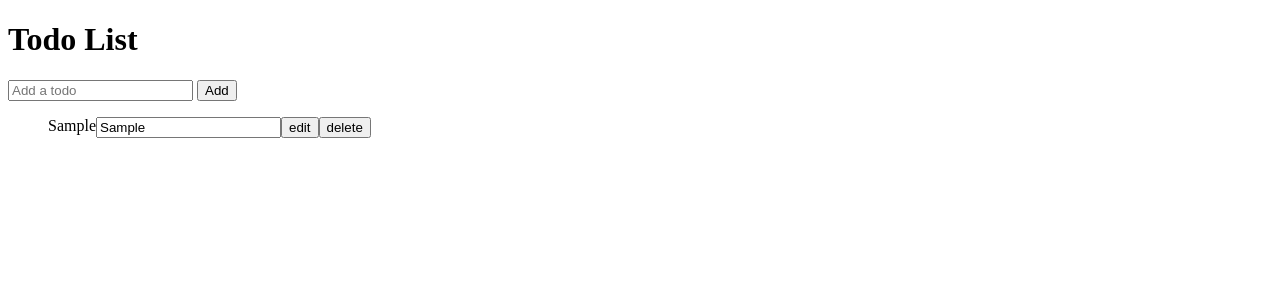
Repository: ble-syn/Todo-list
Page: index.html
These files come from the project's save history. The page is drawn as it stood at one moment and after the next save; the edit follows.
The browser window is 1280 px wide. The pictures show the whole page.
Empty fields were first filled with sample values (such as "Sample", 5 or name@example.com).
After loading, the first visible `button` was clicked once.

Above is the page before, as saved 2022-10-25 18:49:29.

### index.html
<!DOCTYPE html>
<html lang="en">
<head>
    <meta charset="UTF-8">
    <meta http-equiv="X-UA-Compatible" content="IE=edge">
    <meta name="viewport" content="width=device-width, initial-scale=1.0">
    <title>Todo List</title>
</head>
<body>

    <main>
        <h1>Todo List</h1>
            <input type="text" name="todo" placeholder="Add a todo">
            <button>Add</button>
            <ul id="list"></ul>
    </main>

    <script src="app.js"></script>
</body>
</html>

### app.js
const todo = document.querySelector("input");
const button = document.querySelector("button");
let todoList = document.querySelector("#list");


function render() {
  let items;
  const getLocalStorage = JSON.parse(localStorage.getItem("todos"));
  let new_div = '';
  // if (getLocalStorage != null) {
    getLocalStorage.forEach((element,index) => {
      new_div += `
              <li class="li" style="display: flex; justify-content: space-between; width: 200px;">
                  <span>${element}</span>
                  <span>
                    <input value="${element}"/>
                  </span>
                  <button id="del" onclick="editFunc(${index})">edit</button>
                  <button id="del" onclick="delFunc(${index})">delete</button>
              </li>
          `;
    });
  // }

  todoList.innerHTML = new_div;

}

function delFunc(index) {

  let getLocalStorage = JSON.parse(localStorage.getItem("todos"));
  getLocalStorage.splice(index, 1);//remove it

  localStorage.setItem("todos", JSON.stringify(getLocalStorage));

  render()

}

button.addEventListener("click", () => {
  const value = todo.value;
  if (value === "") {
    return;
  }

  let items = localStorage.getItem("todos");
  if (items === null) {
    localStorage.setItem("todos", JSON.stringify([value]));
  }else{
    let getLocalStorage = JSON.parse(localStorage.getItem("todos"));
    getLocalStorage.push(value);
    localStorage.setItem("todos", JSON.stringify(getLocalStorage));
  }


  render();
  todo.value = "";

});

After the next save:
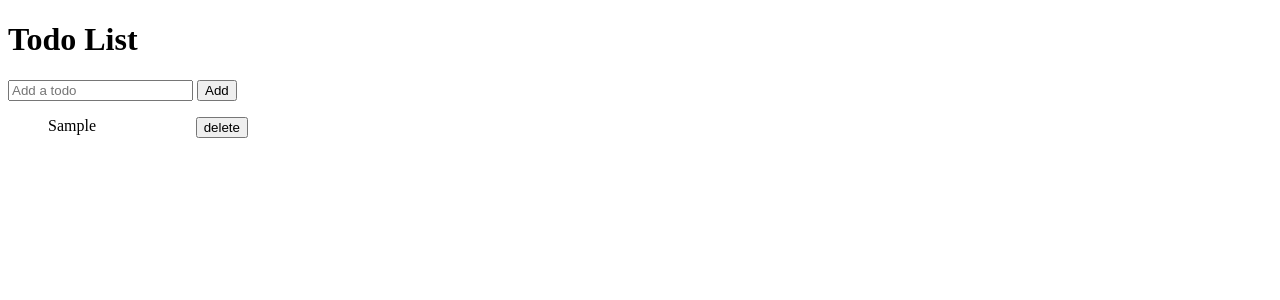
Saved 2 min 27 s later.
--- a/app.js
+++ b/app.js
@@ -12,10 +12,6 @@ function render() {
       new_div += `
               <li class="li" style="display: flex; justify-content: space-between; width: 200px;">
                   <span>${element}</span>
-                  <span>
-                    <input value="${element}"/>
-                  </span>
-                  <button id="del" onclick="editFunc(${index})">edit</button>
                   <button id="del" onclick="delFunc(${index})">delete</button>
               </li>
           `;
